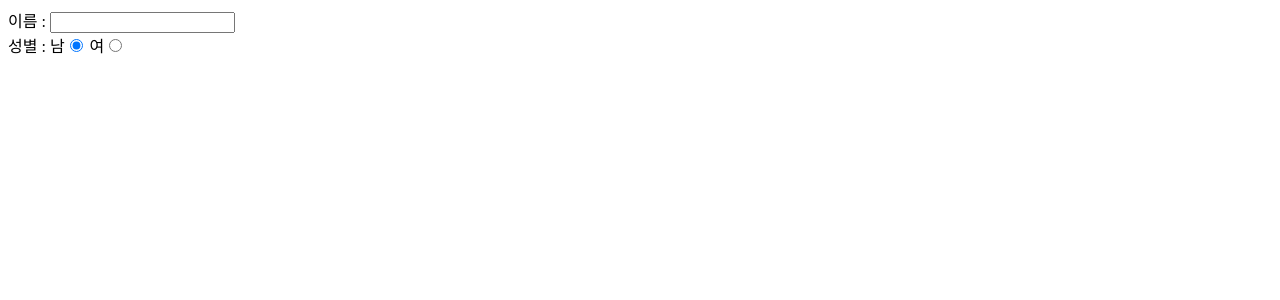
Repository: adminhelper/Ajax
Page: Contact05_ajax/WebContent/_17_helper_function.html
These files come from the project's save history. The page is drawn as it stood at one moment and after the next save; the edit follows.
The browser window is 1280 px wide. The pictures show the whole page.
Some web libraries are served in a nearby version.

Above is the page before, as saved 2020-05-18 00:49:56.

After the next save:
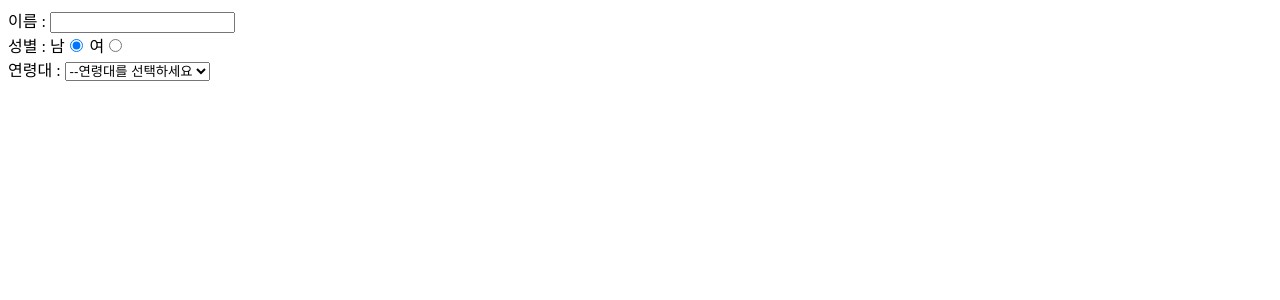
Saved 100 s later.
--- a/Contact05_ajax/WebContent/_17_helper_function.html
+++ b/Contact05_ajax/WebContent/_17_helper_function.html
@@ -16,6 +16,15 @@
 		  			value="M" checked/>
 		  여<input type="radio" class="gender" name="gender"
 		  			value="F"/> <br>
+		연령대 : <select id="age" name="age">
+			<option value="" selected>--연령대를 선택하세요</option>
+			<option value="10">~19</option>
+			<option value="20">20~29</option>
+			<option value="30">30~39</option>
+			<option value="40">40~49</option>
+			<option value="50">50~59</option>
+			<option value="60">60~</option>
+		</select>
 	</form>
 </body>
 </html>
